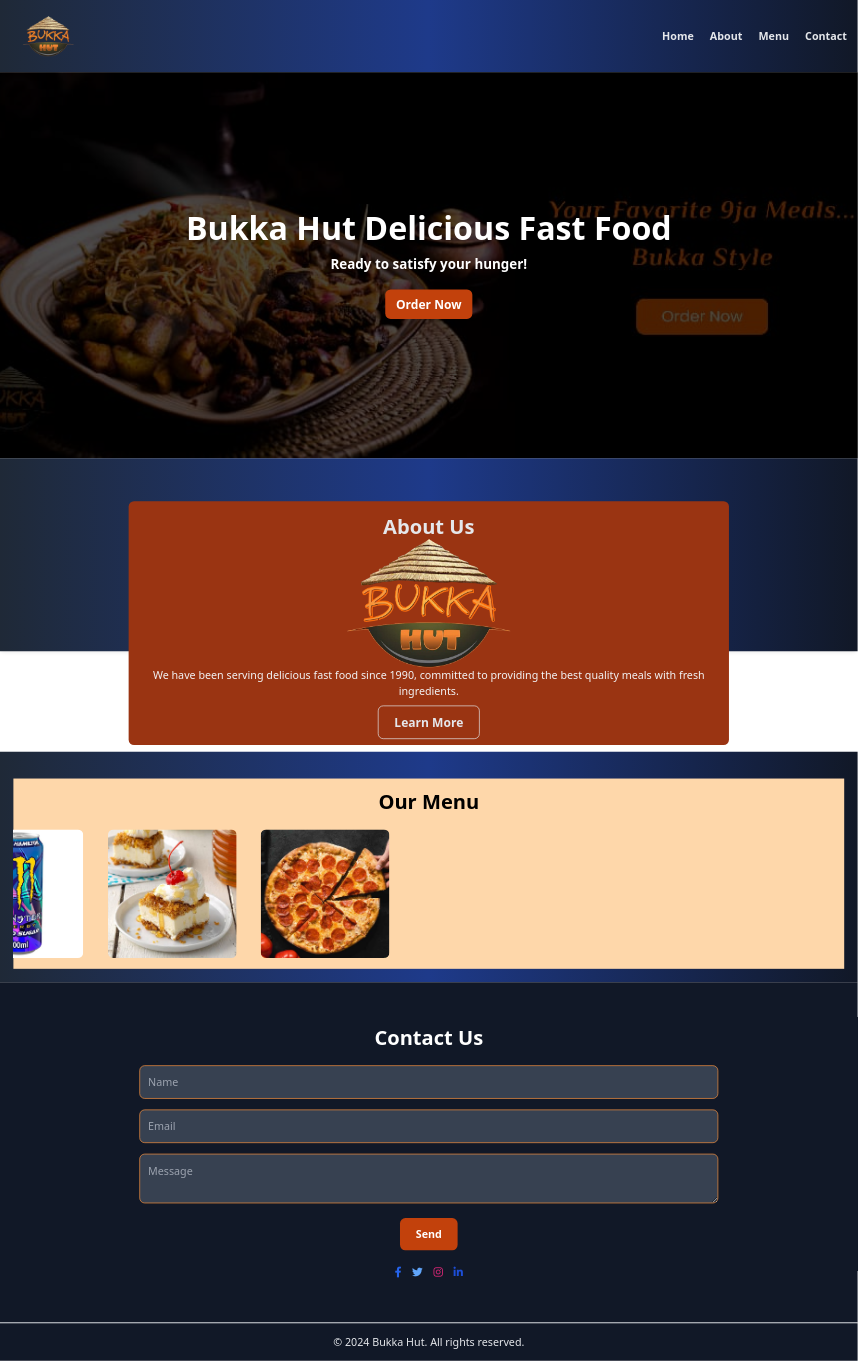
Repository: countaustin1990/BUKKAHUT
Page: INDEX.HTML
These files come from the project's save history. The page is drawn as it stood at one moment and after the next save; the edit follows.
The browser window is 1280 px wide. The pictures show the whole page, at 67% of full size.
Some web libraries are served in a nearby version.

Above is the page before, as saved 2024-08-26 01:05:27.
Console error: TypeError: Cannot read properties of null (reading 'addEventListener')

After the next save:
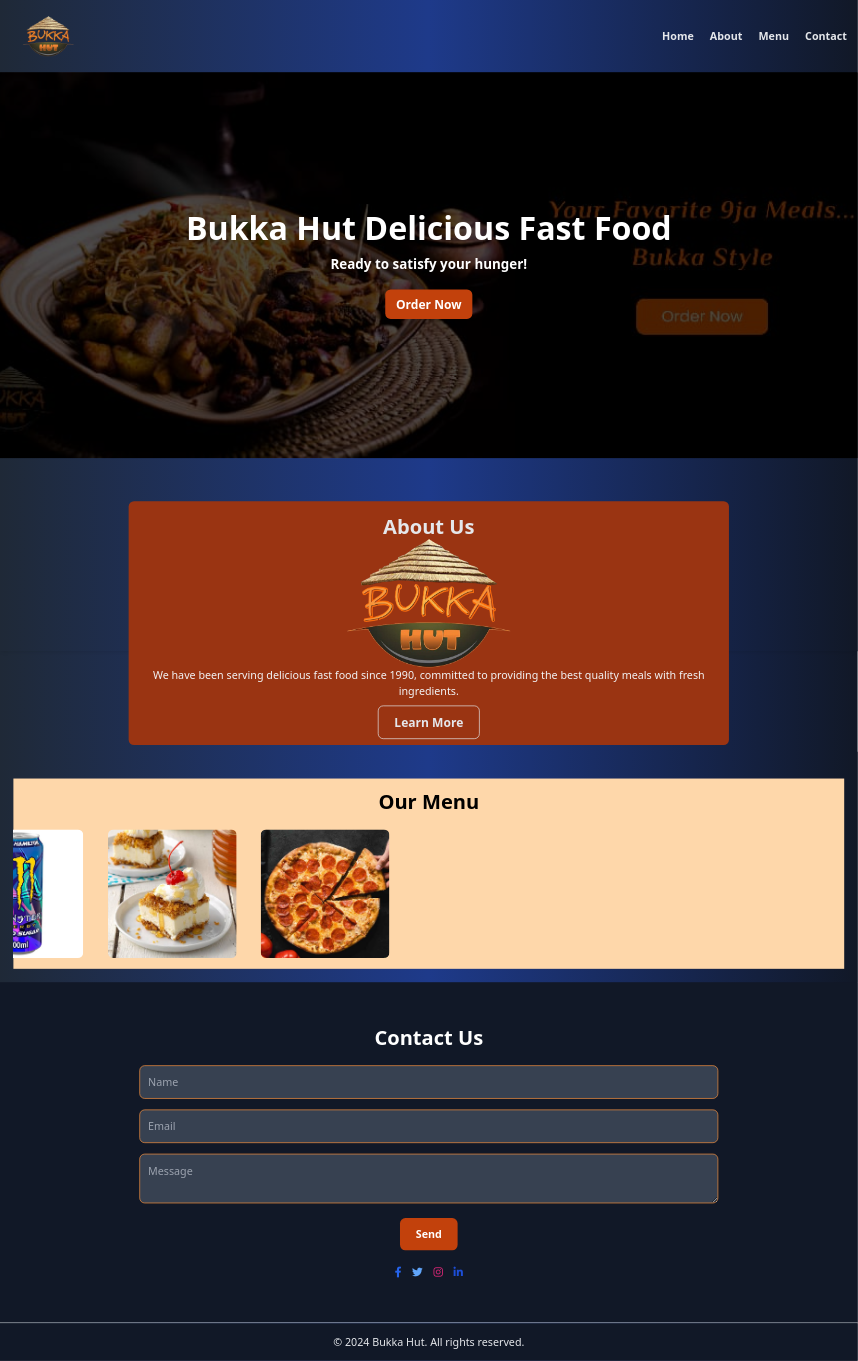
Saved 33 s later.
--- a/INDEX.HTML
+++ b/INDEX.HTML
@@ -23,7 +23,7 @@
         }
     </style>
 </head>
-<body class="font-sans antialiased">
+<body class="shadow-md bg-gradient-to-r from-gray-800 via-blue-900 to-gray-900">
       <!-- Back to Top Button -->
     <button id="backToTop" class="fixed bottom-8 right-8 text-bold bg-orange-700 text-gray-800 p-4 rounded-full shadow-lg hover:bg-orange-600 transition-transform transform hover:scale-110 mb-3">
         <svg xmlns="http://www.w3.org/2000/svg" class="h-6 w-6 text-gray-200 mx-auto" fill="none" viewBox="0 0 24 24" stroke="currentColor" stroke-width="2">
